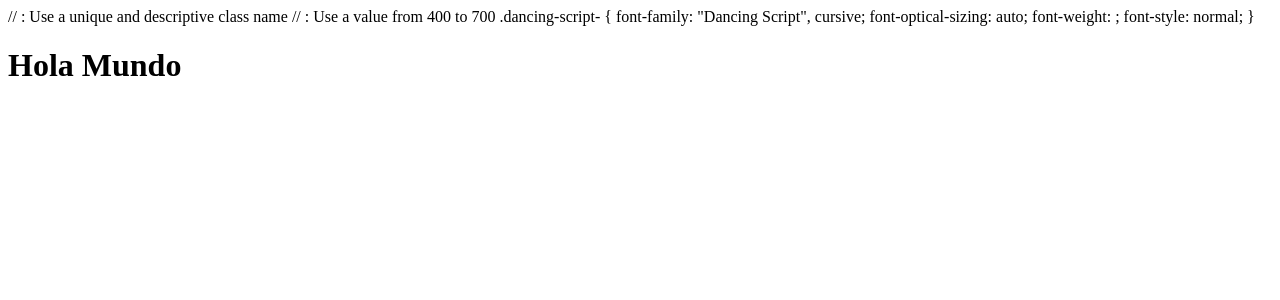
Repository: Carlos-Mar14/TereMac
Page: holamundo/src/main/webapp/inicio.html
The author's editor kept a copy of each file at every save. The page is drawn from the files as they stood at one save, then again after the next save.
The browser window is 1280 px wide. The pictures show the whole page.

Above is the page before, as saved 2024-06-05 14:13:19.

### holamundo/src/main/webapp/inicio.html
<!DOCTYPE html>
<html>
<head>
<meta charset="UTF-8">
// <uniquifier>: Use a unique and descriptive class name
// <weight>: Use a value from 400 to 700

.dancing-script-<uniquifier> {
  font-family: "Dancing Script", cursive;
  font-optical-sizing: auto;
  font-weight: <weight>;
  font-style: normal;
}

<title>Bienvenidos</title>
</head>
<body>
	<h1>Hola Mundo</h1>

</body>
</html>

After the next save:
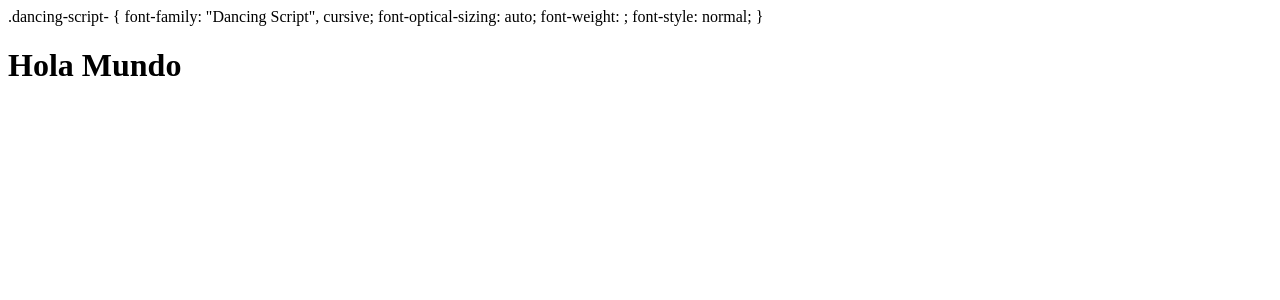
Saved 24 s later.
--- a/holamundo/src/main/webapp/inicio.html
+++ b/holamundo/src/main/webapp/inicio.html
@@ -2,8 +2,6 @@
 <html>
 <head>
 <meta charset="UTF-8">
-// <uniquifier>: Use a unique and descriptive class name
-// <weight>: Use a value from 400 to 700
 
 .dancing-script-<uniquifier> {
   font-family: "Dancing Script", cursive;
